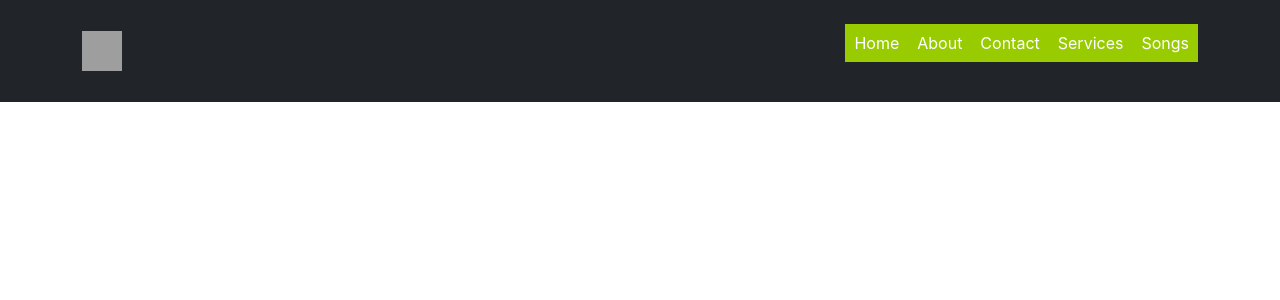
Repository: stephenkayade/cephas-musical
Page: / (app in cephas-musical/)
The author's editor kept a copy of each file at every save. The page is drawn from the files as they stood at one save, then again after a run of saves.
The browser window is 1280 px wide. The pictures show the whole page.
Pictures or frames that could not be fetched are drawn as grey boxes. The project was rebuilt for these pictures with package versions that can differ from the ones it lists, and the page was loaded fresh each time. A package was used in the major version that the imports need, not the one package.json lists. Also part of the build but not shown: cephas-musical/src/components/Master.jsx.

Above is the page before, as saved 2021-03-09 05:00:12.

After the next 5 saves:
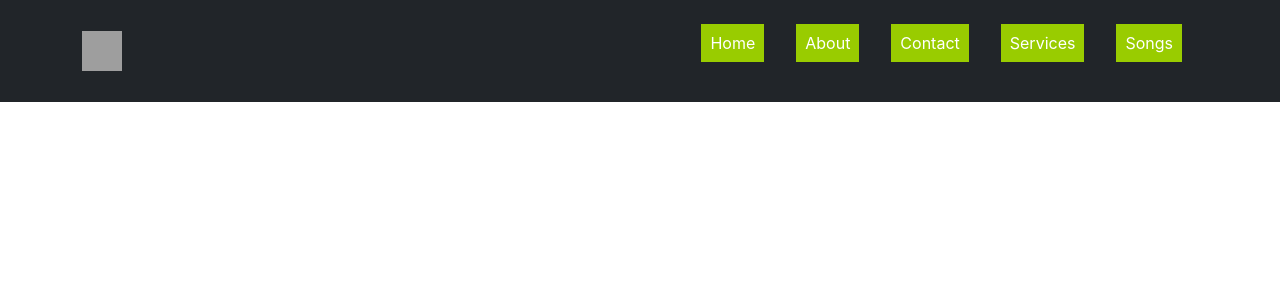
The 5 saves are shown as one change because they came seconds apart.
The last was saved 19 s later.
--- a/cephas-musical/public/css/custom.css
+++ b/cephas-musical/public/css/custom.css
@@ -1,6 +1,7 @@
 .navbox li {
     list-style: none;
     background: #99cc00;
+    margin: 0 1rem;
 }
 
 .logo-img {
